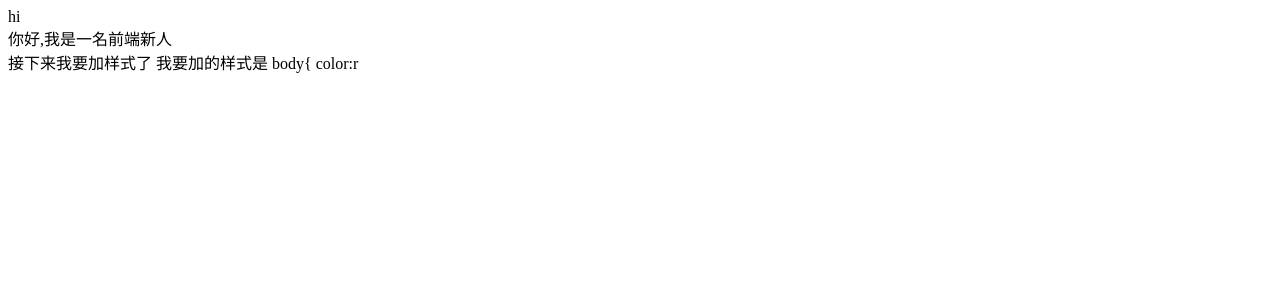
Repository: chenguocan/JS_cv
Page: index.html
These files come from the project's save history. The page is drawn as it stood at one moment and after the next save; the edit follows.
The browser window is 1280 px wide. The pictures show the whole page.

Above is the page before, as saved 2020-07-29 09:56:14.

After the next save:
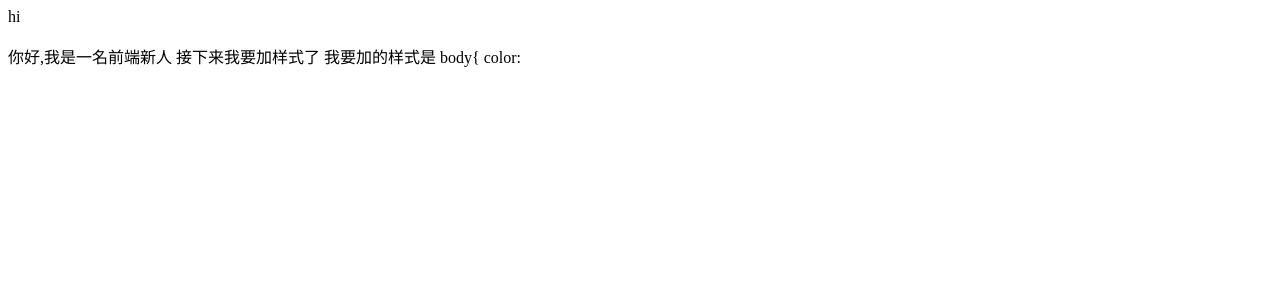
Saved 9 s later.
--- a/main.js
+++ b/main.js
@@ -1,6 +1,7 @@
 let demo = document.querySelector("#demo");
 let n = 0;
-let string = `你好,我是一名前端新人
+let string = `
+你好,我是一名前端新人
 接下来我要加样式了
 我要加的样式是
 body{
